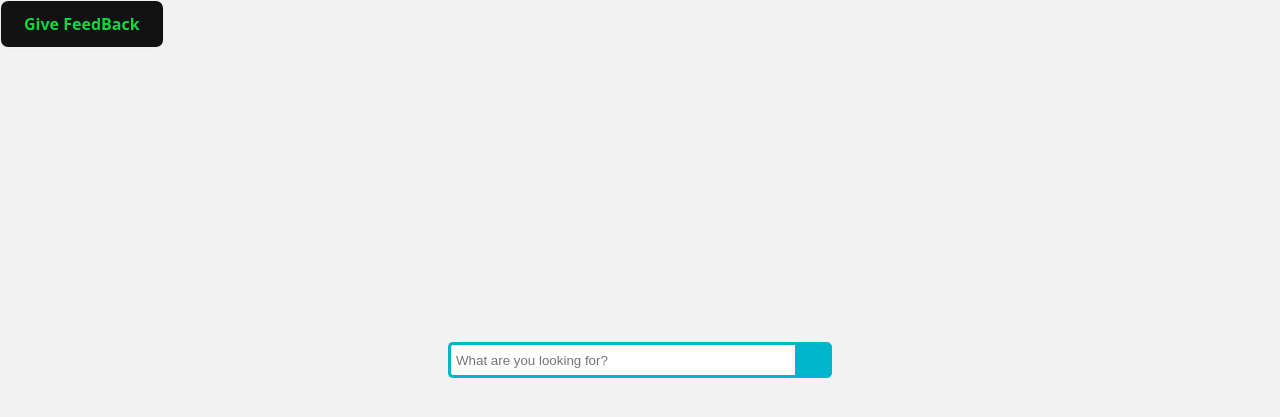
Repository: rajratangm/raj_qtify
Page: / (app in raj_qtify/)
The author's editor kept a copy of each file at every save. The page is drawn from the files as they stood at one save, then again after a run of saves.
The browser window is 1280 px wide. The pictures show the whole page.
The project was rebuilt for these pictures with package versions that can differ from the ones it lists, and the page was loaded fresh each time.

Above is the page before, as saved 2024-03-19 13:50:17.

### raj_qtify/src/index.js
import React from 'react';
import ReactDOM from 'react-dom/client';
import './index.css';
import App from './App';
import reportWebVitals from './reportWebVitals';
import Button from './button';
import Searchbar from './searchbar';

const root = ReactDOM.createRoot(document.getElementById('root'));
root.render(
  <React.StrictMode>
    <App />
    <Searchbar/>
    <Button/>
  </React.StrictMode>
);

// If you want to start measuring performance in your app, pass a function
// to log results (for example: reportWebVitals(console.log))
// or send to an analytics endpoint. Learn more: https://bit.ly/CRA-vitals
reportWebVitals();

### raj_qtify/src/App.js
import logo from './logo.svg';
import './App.css';

function App() {
  return (
    <div className="App">


    </div>
  );
}

export default App;

### raj_qtify/src/button.js
import './button.css'
function Button(){
    return (
        <div >
            <span className='button'>
            <button className = 'button-5'>Give FeedBack</button>
            </span>





        </div>
    )
}

export default Button;

### raj_qtify/src/searchbar.js
// import React from 'react'
import  './searchbar.css'

function Searchbar(){
    return <>
     <div className="wrap">
            <div className="search">
                <input type="text" className="searchTerm" placeholder="What are you looking for?" />
                <button type="submit" className="searchButton">
                    <i className="fa fa-search"></i>
                </button>
            </div>
        </div>


    </>
}

export default Searchbar

### raj_qtify/src/button.css


/* <!-- HTML !-->
<button class="button-5" role="button">Button 5</button> */

/* CSS */
.button-5 {
  align-items: center;
  background-clip: padding-box;
  background-color: #121111;
  border: 1px solid transparent;
  border-radius: .50rem;
  box-shadow: rgba(0, 0, 0, 0.02) 0 1px 3px 0;
  box-sizing: border-box;
  color: #13d53d;
  cursor: pointer;
  display: inline-flex;
  font-family: system-ui,-apple-system,system-ui,"Helvetica Neue",Helvetica,Arial,sans-serif;
  font-size: 16px;
  font-weight: 600;
  justify-content: center;
  line-height: 1.25;
  margin: 0;
  min-height: 3rem;
  padding: calc(.875rem - 1px) calc(1.5rem - 1px);
  position: relative;
  text-decoration: none;
  transition: all 250ms;
  user-select: none;
  -webkit-user-select: none;
  touch-action: manipulation;
  vertical-align: baseline;
  width: auto;
}

.button-5:hover,
.button-5:focus {
  background-color: #201e1e;
  box-shadow: rgba(0, 0, 0, 0.1) 0 4px 12px;
}

.button-5:hover {
  transform: translateY(-1px);
}

.button-5:active {
  background-color: #c85000;
  box-shadow: rgba(0, 0, 0, .06) 0 2px 4px;
  transform: translateY(0);
}

### raj_qtify/src/searchbar.css
@import url(https://fonts.googleapis.com/css?family=Open+Sans);

body {
    background: #f2f2f2;
    font-family: 'Open Sans', sans-serif;
}

.search {
    width: 100%;
    position: relative;
    display: flex;

}

.searchTerm {
    width: 100%;
    border: 3px solid #00B4CC;
    border-right: none;
    padding: 5px;
    height: 20px;
    border-radius: 5px 0 0 5px;
    outline: none;
    color: #9DBFAF;
}

.searchTerm:focus {
    color: #00B4CC;
}

.searchButton {
    width: 40px;
    height: 36px;
    border: 1px solid #00B4CC;
    background: #00B4CC;
    text-align: center;
    color: #fff;
    border-radius: 0 5px 5px 0;
    cursor: pointer;
    font-size: 20px;
}

/* Resize the wrap to see the search bar change! */
.wrap {
    width: 30%;
    position: absolute;
    top: 50%;
    left: 50%;
    transform: translate(-50%, -50%);
}

Loaded but not shown: raj_qtify/public/index.html (common file); raj_qtify/src/index.css (common file); raj_qtify/src/reportWebVitals.js (common file); raj_qtify/src/App.css (common file)

After the next 2 saves:
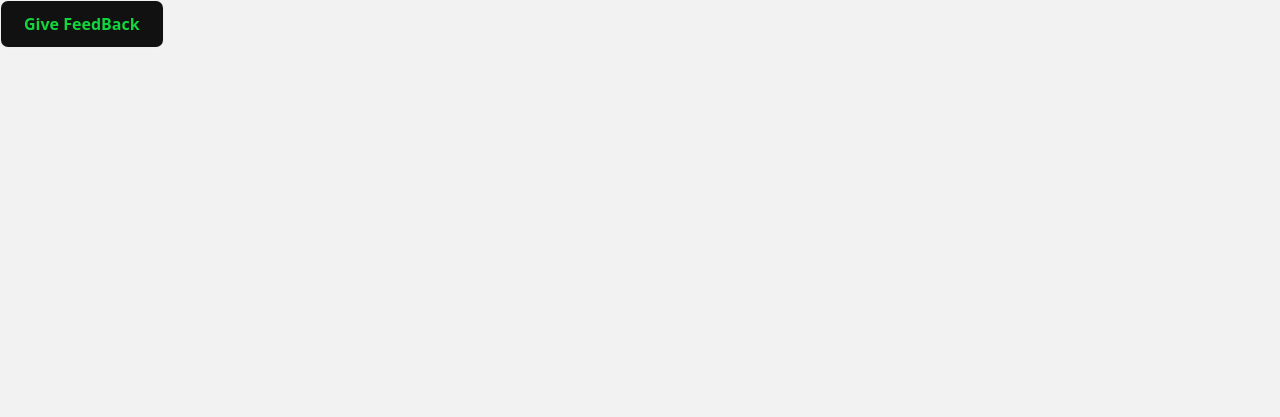
The 2 saves are shown as one change because they came seconds apart.
The last was saved 12 s later.
--- a/raj_qtify/src/index.js
+++ b/raj_qtify/src/index.js
@@ -9,8 +9,9 @@ import Searchbar from './searchbar';
 const root = ReactDOM.createRoot(document.getElementById('root'));
 root.render(
   <React.StrictMode>
+
     <App />
-    <Searchbar/>
+
     <Button/>
   </React.StrictMode>
 );

After the 2 saves that followed:
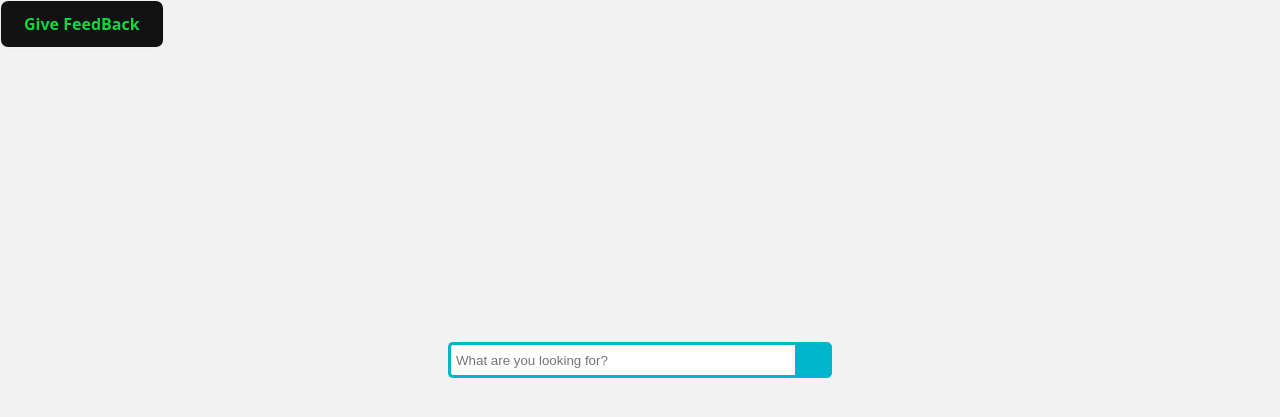
The 2 saves are shown as one change because 1 did not build or start.
The last was saved 16 s later.
--- a/raj_qtify/src/App.js
+++ b/raj_qtify/src/App.js
@@ -1,9 +1,11 @@
 import logo from './logo.svg';
 import './App.css';
+import Searchbar from './searchbar';
 
 function App() {
   return (
     <div className="App">
+      <Searchbar/>
 
 
     </div>
